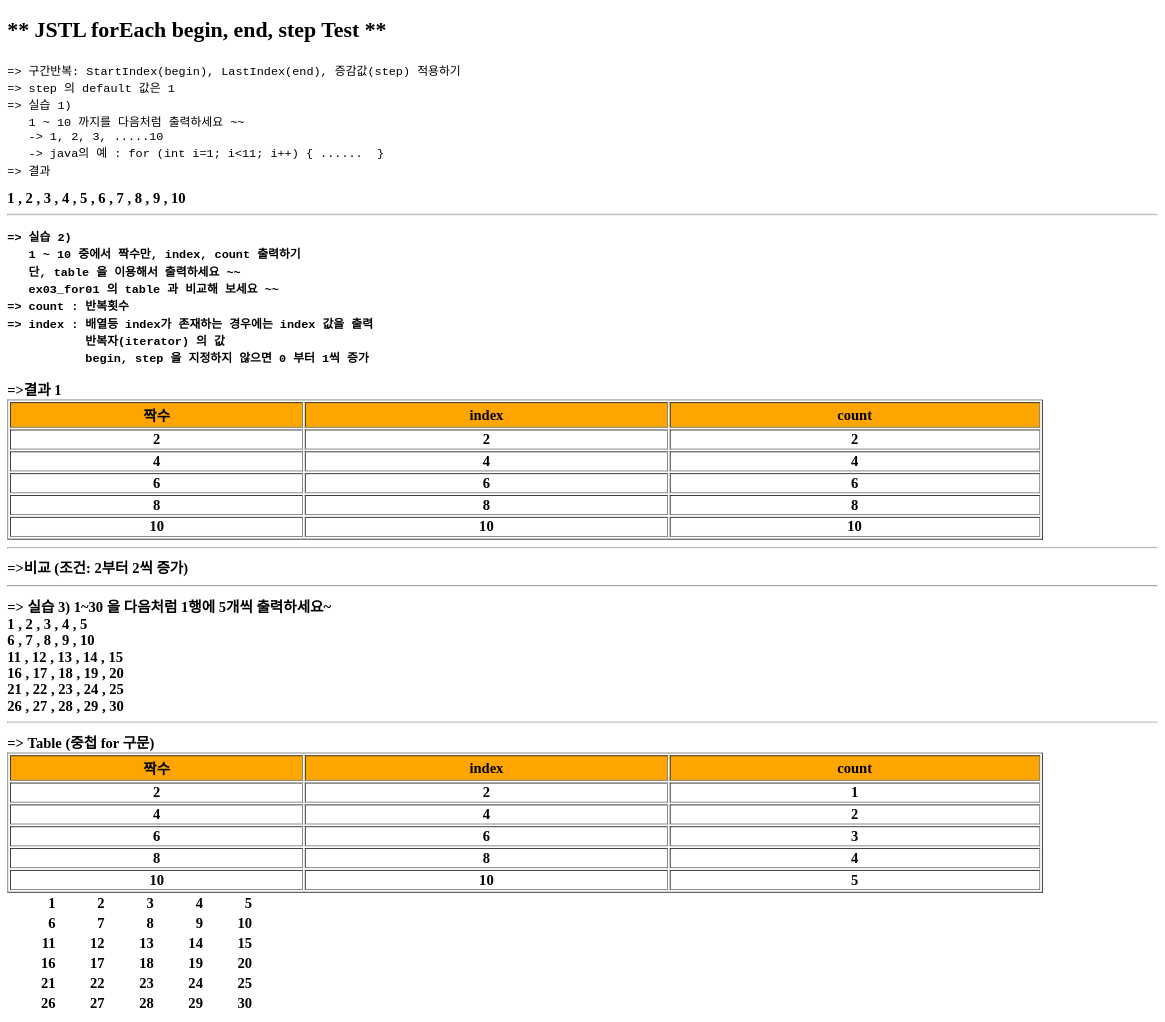
Repository: nameground/Java
Page: http://localhost/Web01/jsp05_JSTL/ex03_for02.jsp
An editor plug-in stored every save of this project. The page is shown before and after the next save, followed by the edit.
The browser window is 1280 px wide. The pictures show the whole page, at 91% of full size.
The page is served by Tomcat 9. Nobody is signed in. The application's start-up code is not run.

Above is the page before, as saved 2023-10-16 00:42:35.

After the next save:
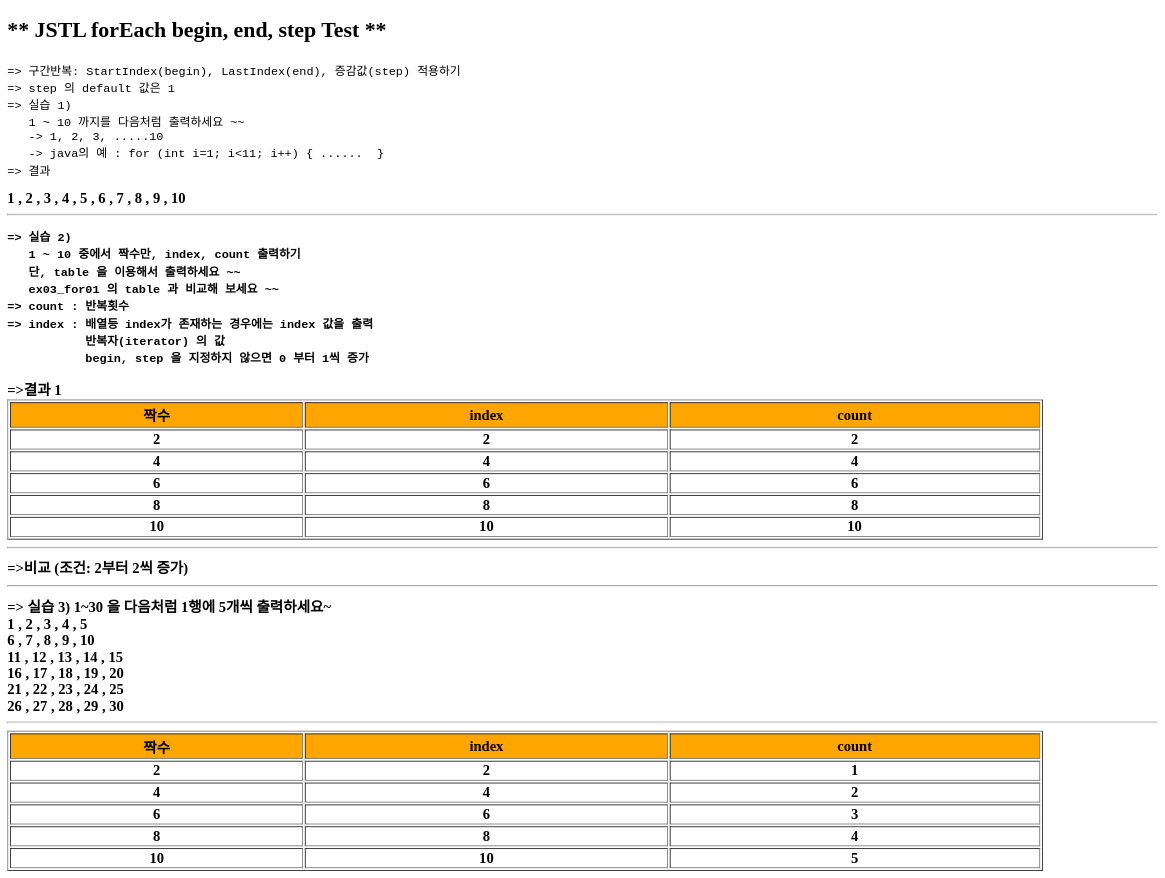
Saved 31 s later.
--- a/mTest/Mywork/Web01/src/main/webapp/jsp05_JSTL/ex03_for02.jsp
+++ b/mTest/Mywork/Web01/src/main/webapp/jsp05_JSTL/ex03_for02.jsp
@@ -85,16 +85,7 @@
    ${i%5==0 ? "<br>" : ","}
 </c:forEach>
 <hr>
-=> Table (중첩 for 구문)<br>
-<table>
-   <c:forEach var="i" begin="1" end="26" step="5" >
-   <tr align="right">
-      <c:forEach var="j" begin="${i}" end="${i+4}" step="1">
-         <td width="50">${j}</td>
-      </c:forEach>
-   </tr>
-   </c:forEach>
-</table>
+
 
 
 </body>
